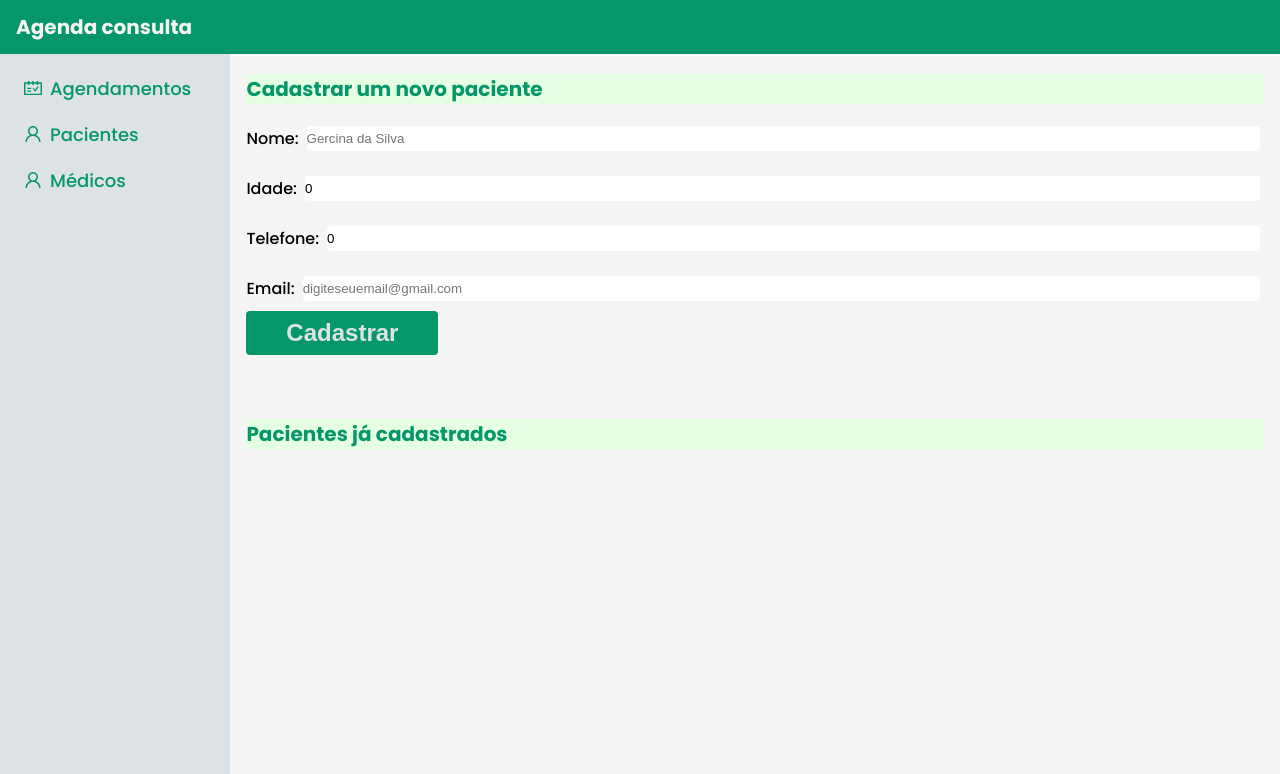
Repository: BarbaraCD/agendaconsulta
Page: /patients
An editor plug-in stored every save of this project. The page is shown before and after the next save, followed by the edit.
The browser window is 1280 px wide. The pictures show the whole page.
The page's requests for data from a server got no answer. The project was rebuilt for these pictures with package versions that can differ from the ones it lists, and the page was loaded fresh each time. No one was signed in, and anything a server would have sent is missing. Also part of the build but not shown: vite.config.ts, src/styles/StyleList.ts, src/components/Doctors.tsx, src/services/doctor.services.ts, src/components/InputDoctors.tsx, src/components/CreateDoctor.tsx, src/components/Patients.tsx, src/styles/Appointments.ts and 3 more.

Above is the page before, as saved 2023-08-07 09:31:03.

After the next save:
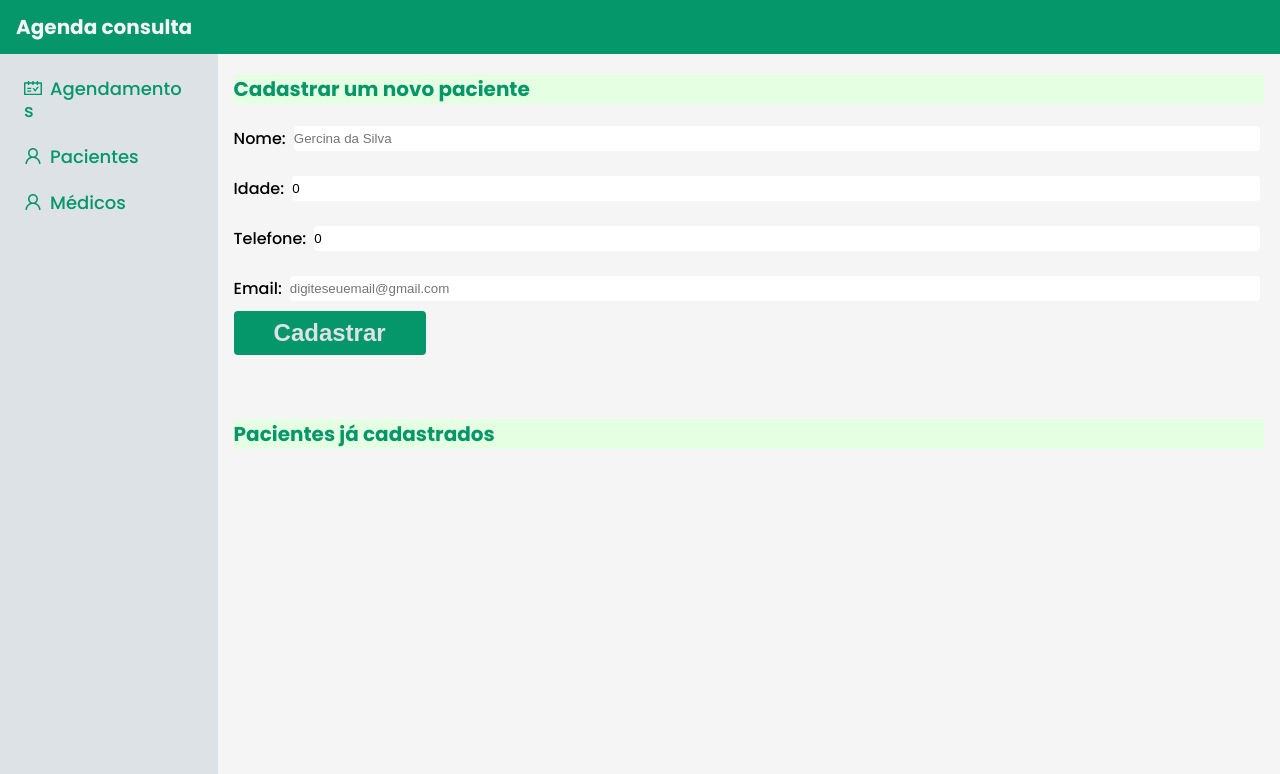
Saved 8 min 30 s later.
--- a/src/styles/global.ts
+++ b/src/styles/global.ts
@@ -20,7 +20,7 @@ export const Container = styled.div`
 `
 
 export const SidebarGlobal = styled.div`
-  width: 18%;
+  width: 17%;
 `
 
 export const Content = styled.div`
